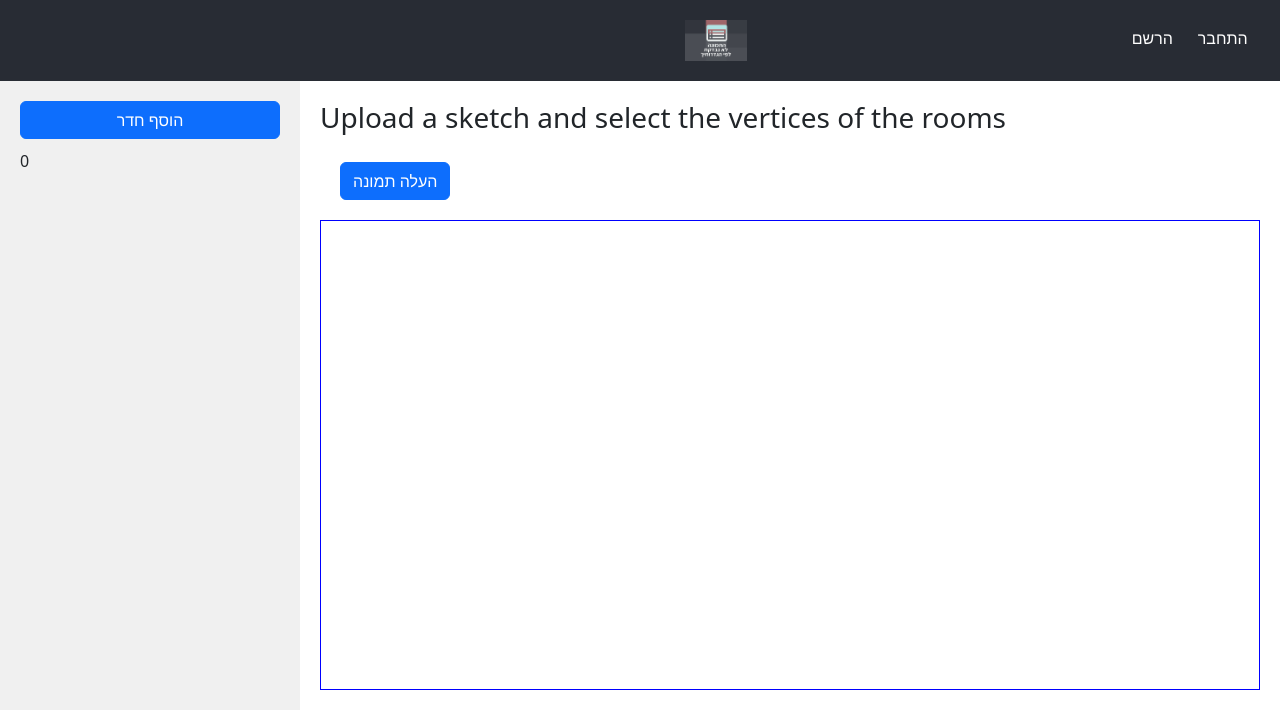
Repository: TamarHolzer/TamarHolzer-security_camera_project_client
Page: /optimal-coordinates
These files come from the project's save history. The page is drawn as it stood at one moment and after the next save; the edit follows.
The browser window is 1280 px wide. The pictures show the whole page.
The page's requests for data from a server got no answer. The project was rebuilt for these pictures with package versions that can differ from the ones it lists, and the page was loaded fresh each time. No one was signed in, and anything a server would have sent is missing. Also part of the build but not shown: src/components/Login.js, src/pages/Home.js, src/components/ShowPlan.js, src/components/HistpryPlanning.js.

Above is the page before, as saved 2024-07-05 01:47:38.

### src/App.js
import './App.css';
import Header from './components/Header'
import Login from './components/Login';
import { BrowserRouter } from "react-router-dom";
import Home from './pages/Home';
import { Routes, Route } from "react-router-dom";
import Xy_click from './components/Xy_click';
import HistoryPlanning from './components/HistpryPlanning';


function App() {
  return (
    <BrowserRouter>
      <div className="App">
        <Header />

      </div>
      <Routes>
        <Route path="/login" element={<Login />} />
        <Route path="/sign-up" element={<Login />} />
        <Route path="/optimal-coordinates" element={<Xy_click />} />
        <Route path="/history-planning" element={<HistoryPlanning />} />
        <Route path="*" element={<Home />} />
      </Routes>
    </BrowserRouter>
  );
}

export default App;

### src/App.css
.App {
  text-align: center;
}

.App-logo {
  height: 40vmin;
  pointer-events: none;
}

@media (prefers-reduced-motion: no-preference) {
  .App-logo {
    animation: App-logo-spin infinite 20s linear;
  }
}

.App-header {
  background-color: #282c34;
  min-height: 100vh;
  display: flex;
  flex-direction: column;
  align-items: center;
  justify-content: center;
  font-size: calc(10px + 2vmin);
  color: white;
}

.App-link {
  color: #61dafb;
}

@keyframes App-logo-spin {
  from {
    transform: rotate(0deg);
  }
  to {
    transform: rotate(360deg);
  }
}

/*
.image-container {
  display: inline-block;
  position: relative;
}

.clickable-image {
  max-width: 100%;
  height: auto;
  cursor: pointer;
} */

### src/components/Header.js
import React from 'react';
import '../css/Header.css';
import logo from '../pics/ללוגו-removebg-preview.png'
import { Link } from 'react-router-dom';

const Header = () => {
  return (

    <header className="header">
      <nav>
        <Link to="/">
          <img src={logo} width="5%" alt="My Website Logo" className="logo" />
        </Link>
        {!sessionStorage.getItem('user') && <>
          <Link className='linkHeader' to="/login">התחבר</Link>
          <Link className='linkHeader' to="/sign-up">הרשם</Link></>}
        {sessionStorage.getItem('user')&&<>
        <Link className='linkHeader' to="/optimal-coordinates">תכנון מצלמות</Link>
        <Link className='linkHeader' to="/history-planning">הסטוריית תכנונים</Link>
        </>}
      </nav>
    </header>
  );
};

export default Header;

### src/components/Xy_click.js

import React, { useEffect, useState } from "react";
import "../css/points.css";
import axios from "axios";
import UploadImage from "./UploadImage";
import { Button } from "react-bootstrap";
import "bootstrap/dist/css/bootstrap.min.css";
import { FaRegTrashAlt } from "react-icons/fa";
import { json } from "react-router-dom";

function Xy_click() {
  const [coordinates, setCoordinates] = useState([]);
  const [rooms, setRooms] = useState([]);
  const [uploadImage, setUploadImage] = useState(false);
  const [imageURL, setImageURL] = useState(null);

  const handleImageClick = (x, y) => {
    setCoordinates([...coordinates, { x, y }]);
  };

  useEffect(() => {
//   alert(`משתמש יקר!\n
// עליך להעלות שרטוט אדריכלי של הבית בו אתה מעוניין להתקין מצלמות אבטחה.\n
// עם העכבר עליך לסמן בכל חדר את הקודקודים שלו,\n
// במידה ואתה מעוניין למחוק קודקוד, תוכל להקיש על סימן ה"אשפה" ברשימת הקודקודים שבתחתית הדף\n
// לאחר כל חדר יש להקיש על "הוסף חדר"\n
// בסיום-לחץ על הכפתור "שלח"`);
},[])
  const sendList = () => {
    setUploadImage(true);
    // Calculate the ratio
    const x1 = 658;
    const x2 = 369;
    const deltaX = Math.abs(x1 - x2);
    const ratio = 6.10 / deltaX; // meters per pixel

    // Convert coordinates to meters
    const convertToMeters = (points, ratio) => {
      return points.map(point => ({
        x: point.x * ratio,
        y: point.y * ratio
      }));
    };

    const roomsInMeters = rooms.map(room => convertToMeters(room, ratio));

    axios
      .post("http://127.0.0.1:5000/cover_apartment_by_cameras", {
        userId: sessionStorage.getItem("userId") || 1,
        rooms: rooms,
        imageURL: imageURL,
      })
      .then((res) => {
        console.log(res.data);
        setCoordinates(res.data.optimalCoordinates);

      })
      .catch((err) => {
        console.log(err);
      });
  };

  const addRoom = () => {
    setRooms([...rooms, coordinates]);
    setCoordinates([]); // Reset coordinates
  };

  const removePoint = (i) => {
    const newCoordinates = coordinates.filter((_, index) => index !== i);
    setCoordinates(newCoordinates);
  };
  const removeRoom = (i) => {
    const newRooms = rooms.filter((_, index) => index !== i);
    setRooms(newRooms);
  };

  return (
    <div className="page-wrapper">
      <div className="sidebar">
        <Button as="a" variant="primary" onClick={addRoom}>
          הוסף חדר
        </Button>
        {rooms.length && (
          <Button className="buttons" as="a" variant="primary" onClick={sendList}>
            שלח
          </Button>
        )}
        <div className="cordinates-wrapper">
          {coordinates.length > 0 && (
            <div id="coordinates">
              <h3>Coordinates:</h3>
              <ul>
                {coordinates.map((coord, index) => (
                  <li key={index} onClick={() => removePoint(index)}>
                    X: {coord.x}, Y: {coord.y}
                    <FaRegTrashAlt />
                  </li>
                ))}
              </ul>
            </div>
          )}
        </div>
        <div className="room-wrapper">
          <ul>
            {Object.keys(rooms).map((key,index) => (
              <li key={key}>
                <strong>Room num: {key}: </strong>
                <span className="trash-room" onClick={() => removeRoom(index)}><FaRegTrashAlt /></span>
                {typeof rooms[key] === 'object' ? JSON.stringify(rooms[key]) : rooms[key]}

              </li>
            ))}
          </ul>
        </div>

      </div>
      <div className="page-content">
      <h3>Upload a sketch and select the vertices of the rooms</h3>
      <div>
        <UploadImage
          saveClick={handleImageClick}
          coordinates={coordinates}
          uploadImage={uploadImage}
          setImageURL={setImageURL}
        />

      </div>


      </div>

    </div>
  );
}

export default Xy_click;

### src/css/Header.css
.header {
    background-color: #282c34;
    padding: 20px;
    color: white;
        text-align: right;
  }

  .header nav ul {
    list-style: none;
    padding: 0;
  }

  .header nav ul li {
    display: inline;
    margin: 0 10px;

  }

  .header nav ul li a .linkHeader{
    color: white;
    text-decoration: none;
  }
  .linkHeader{
    color: white;
      text-decoration: none;
      padding: 1%;
  }
  .linkHeader:hover{
    text-decoration: overline !important;
    color: red;
  }

.logo{
  margin-right: 30%;
}

### src/css/inputs.css
 .formInput{
    background-color: black;
    height: 100%;
    width: 60%;
    padding: 15%;
    opacity: 0.5;
    color: aliceblue
 }

 .bodyLogin{
    background-image: url("https://img.freepik.com/premium-photo/cctv-tool-twilight-sky-backgroundequipment-security-systems_1048944-29063872.jpg?w=740");

        /* Full height */
        height: 100%;

        /* Center and scale the image nicely */
        background-position: top;
        background-repeat: no-repeat;
        background-size: cover;
 }
 .homeImg {
    vertical-align: middle;
    width: 100%;
    height: 100%;
    position: relative;
    overflow: hidden;
    position: fixed;
 }
 .card{
   margin: 1%;
 }

 .img{
   padding: 0%;
 }

### src/css/points.css

 body,
 html,
 .App,
 .image-container,
 img {
     margin: 0;
     padding: 0;
 }
.img{
    pointer-events: none;
    width: 100%;
        height: 100%;
}
 .container {
     width: 100%;
     height: 100%;
     display: flex;
     flex-direction: column;
     justify-content: center;
     align-items: center;
 }

 .img-wrapper {
    position: relative;
    width: 100%;
    height: calc(100vh - 250px);
    border: 1px solid blue;
 }
 .ClickableSVG {
    width: 100%;
    height: 100%;
    object-fit:  cover;
    object-position: center;
 }

 .trash-room{
    float:  right;
    cursor: pointer;
 }
 .room-wrapper{
    height: 400px;
    max-height: calc(100vh -450px);
    overflow: auto;
 }

 .ClickableSVG circle {
     fill: red;
     stroke: black;
     stroke-width: 1;
 }
 .buttons{
    margin: 2px;
    background-color: red;
 }
.page-wrapper{
    display: flex;

}
.sidebar{
    min-width: 25vh;
    max-width: 300px;
    flex-grow: 1;
    flex-basis: 220px;
    background-color: #f0f0f0;
    padding: 20px;
}
.sidebar .btn{
    width: 100%;
    /* padding: 10px; */
    margin-bottom: 10px;
}
.page-content{
    flex-grow: 2;
    padding: 20px;
}

### src/components/UploadImage.js
import React, { useState, useEffect } from "react";
import "../css/points.css";
import uploadImageToStorage from "../firebase/uploadImageToStorage";

function UploadImage(props) {
  const { coordinates } = props;
  const [image, setImage] = useState(null);
  const [imageFile, setImageFile] = useState(null);
  const [circles, setCircles] = useState([]);

  const getClickCoords = (event) => {
    const rect = event.target.getBoundingClientRect();
    const x = event.clientX - rect.left;
    const y = event.clientY - rect.top;
    props.saveClick(x, y);
    return [x, y];
  };

  useEffect(() => {
    const newCircles = coordinates.map((coord, index) => (
      <circle
        key={index}
        cx={coord.x}
        cy={coord.y}
        r="5"
        stroke="black"
        strokeWidth="1"
        fill="red"
      />
    ));
    setCircles(newCircles);
  }, [coordinates]);

  const handleImageUpload = (event) => {
    const file = event.target.files[0];
    const reader = new FileReader();

    reader.onloadend = () => {
      setImage(reader.result);
      setImageFile(file);
    };

    if (file) {
      reader.readAsDataURL(file);
    }
  };

  useEffect(() => {
    if (props.uploadImage) {
      props.setImageURL(uploadImageToStorage(imageFile));
    }
  }, [props.uploadImage]);

  return (
    <div>
    <div>
      <input
        id="fileInput"
        type="file"
        accept="image/*"
        onChange={handleImageUpload}
        style={{ display: "none" }}
      />
      <button
        className="btn btn-primary"
        onClick={() => document.getElementById("fileInput").click()}
        style={{ margin: "20px", right: "3px" }}
      >
        העלה תמונה
      </button>

    </div>
    <div className="img-wrapper">
           <svg
        onClick={(event) => {
          const [x, y] = getClickCoords(event);
          props.saveClick(x, y);
        }}
        className="ClickableSVG"
      >
        <image
          href={image}
          width="100%"
          height="100%"
          className="img"

        />
        {circles}
      </svg>
    </div>
  </div>
  );
}

export default UploadImage;

### src/firebase/uploadImageToStorage.js

import { storage } from "./settingFirebase";
import {ref, uploadBytes, getDownloadURL } from "firebase/storage";

export default function uploadImageToStorage(imageFile){
  if (imageFile) {
    const storageRef = ref(storage, `images/${imageFile.name}`);
    uploadBytes(storageRef, imageFile).then((snapshot) => {
      getDownloadURL(snapshot.ref).then((url) => {
        console.log(url);
        /**Send the URL's image to Xy_click for save in the DB */
        return url;
      }).catch(err=>console.log(err));
    });
  }
};

### src/firebase/settingFirebase.js
// Import the functions you need from the SDKs you need
import { initializeApp } from "firebase/app";
import { getAnalytics } from "firebase/analytics";
import { getStorage } from "firebase/storage";
// TODO: Add SDKs for Firebase products that you want to use
// https://firebase.google.com/docs/web/setup#available-libraries

// Your web app's Firebase configuration
// For Firebase JS SDK v7.20.0 and later, measurementId is optional
const firebaseConfig = {
  apiKey: "AIzaSyDUx2X5aZ5ZWY28Ja9fD8S8KJ2ccwbMSps",
  authDomain: "security-camera-project-14bd8.firebaseapp.com",
  projectId: "security-camera-project-14bd8",
  storageBucket: "security-camera-project-14bd8.appspot.com",
  messagingSenderId: "678601442014",
  appId: "1:678601442014:web:e666af81d2a323c315384f",
  measurementId: "G-F39ZQS0G7P",
};

// Initialize Firebase
const app = initializeApp(firebaseConfig);
const analytics = getAnalytics(app);
export const storage = getStorage(app);

Loaded but not shown: public/index.html (common file); src/index.js (common file); src/index.css (common file); src/reportWebVitals.js (common file)

After the next save:
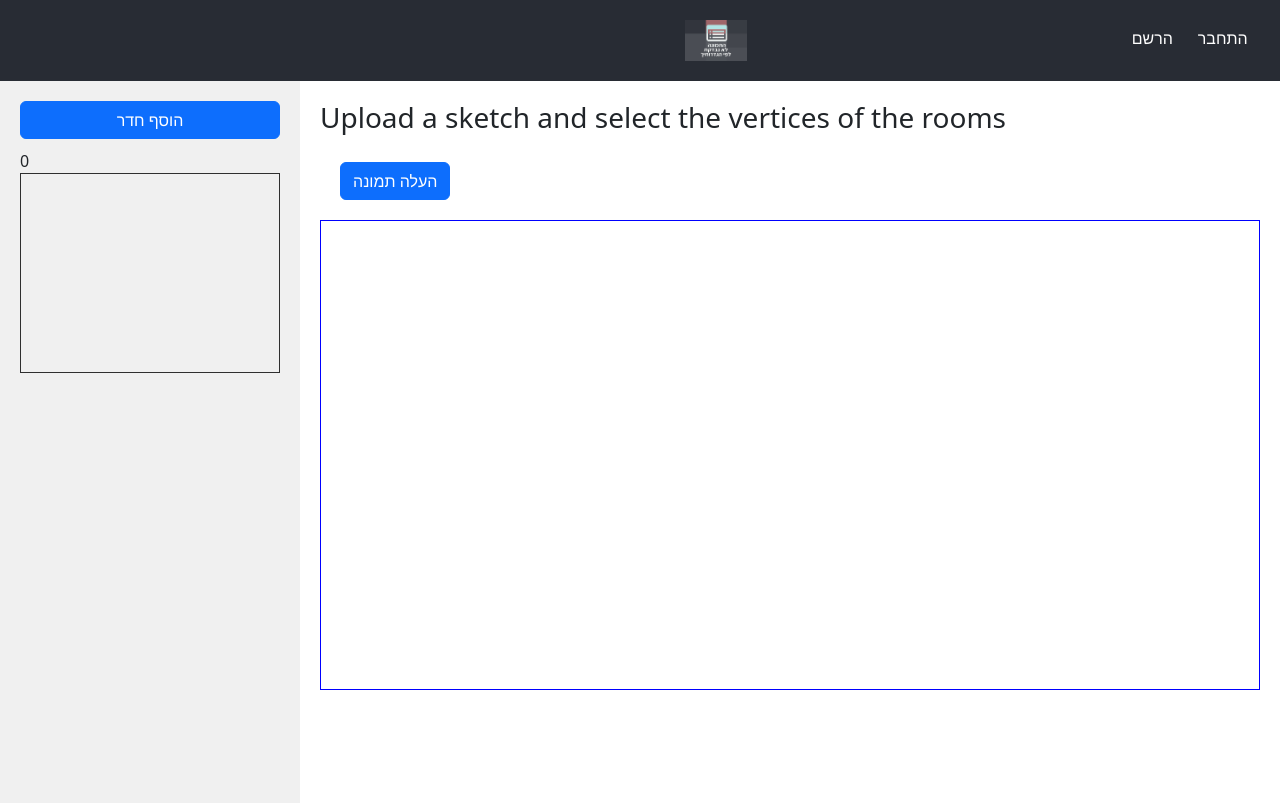
Saved 5 min 57 s later.
--- a/src/css/points.css
+++ b/src/css/points.css
@@ -38,6 +38,14 @@
     float:  right;
     cursor: pointer;
  }
+ .cordinates-wrapper{
+    height: 200px;
+    padding: 10px;
+    overflow: auto;
+    border: 1px solid #2f2f2f;
+    margin-bottom: 10px;
+ }
+
  .room-wrapper{
     height: 400px;
     max-height: calc(100vh -450px);
